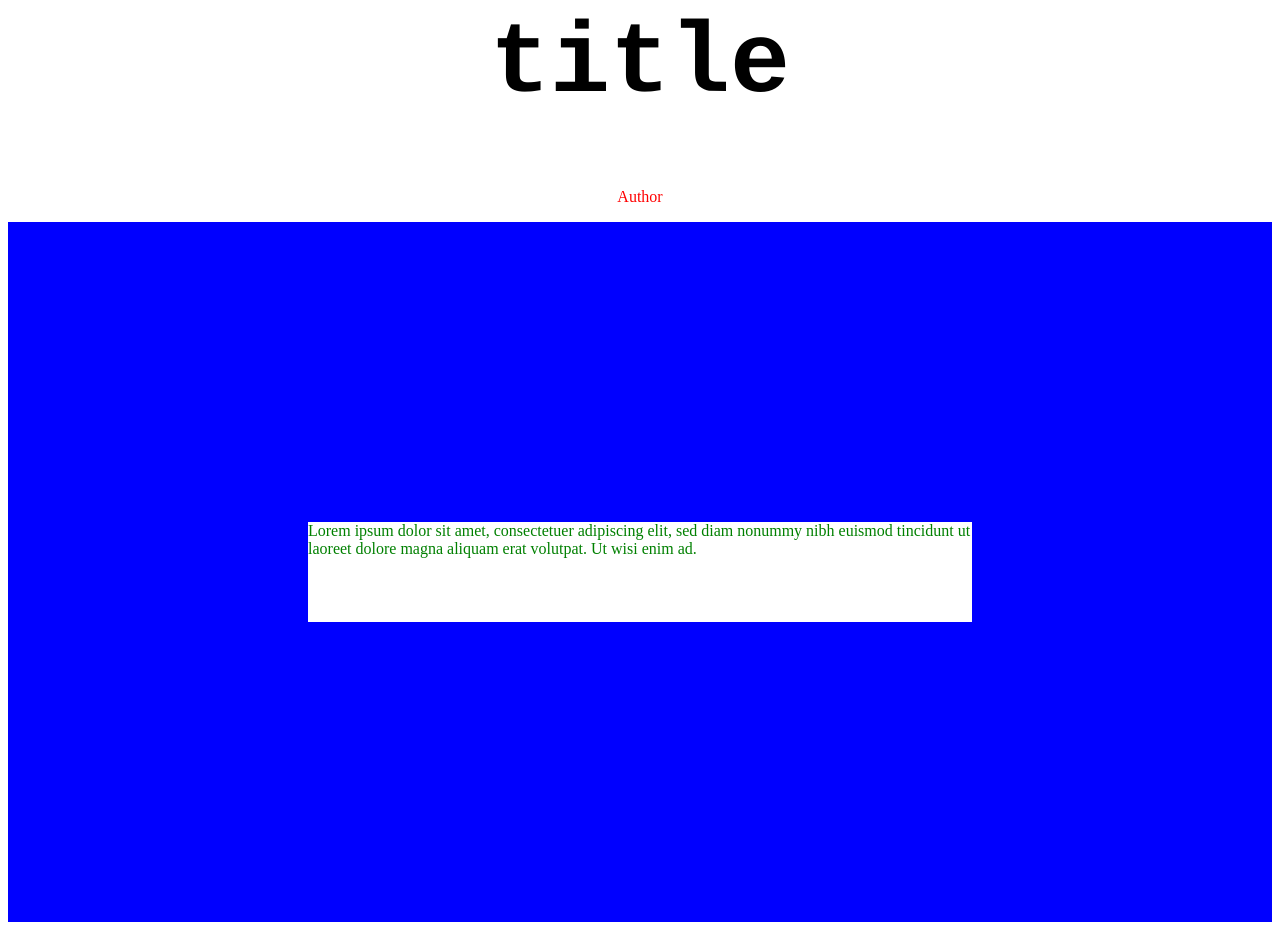
Repository: jeffbartow/productschool
Page: index.html
The author's editor kept a record of every edit. The page is drawn from the files as they stood at one moment, then again after the next edit.
The browser window is 1280 px wide. The pictures show the whole page.

Above is the page before.

### index.html
<html>
    <head>
        <title>my test webpage</title>
        <style type="text/css">
            .byline {
                text-align: center;
                color: red;
            }
        </style>
        <style type="text/css">
            p {
                color: green;
            }
        </style>
        <style type="text/css">
            .article {
                border-width: 300px;
                border-style: solid;
                border-color: blue;
                height: 100px;
            }
        </style>
    </head>
    <body>
        <div>
            <h1 style="font-family: Courier;font-size: 100px;text-align: center">title</h1>
            <p class = "byline">Author</p>
            <p class="article">
                Lorem ipsum dolor sit amet, consectetuer adipiscing elit,
    			sed diam nonummy nibh euismod tincidunt ut laoreet dolore
    			magna aliquam erat volutpat. Ut wisi enim ad.
            </p>

        </div>
    </body>
</html>

After the next edit:
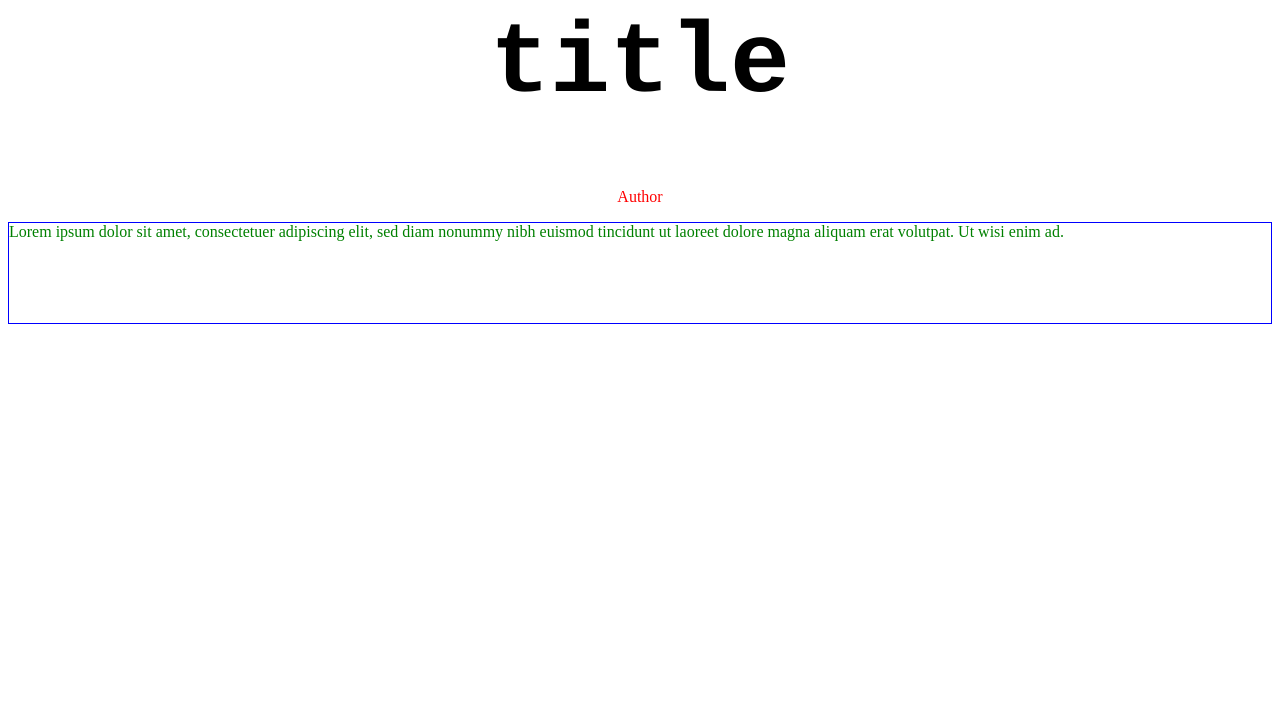
The edit:
--- a/index.html
+++ b/index.html
@@ -14,7 +14,7 @@
         </style>
         <style type="text/css">
             .article {
-                border-width: 300px;
+                border-width: 1px;
                 border-style: solid;
                 border-color: blue;
                 height: 100px;
